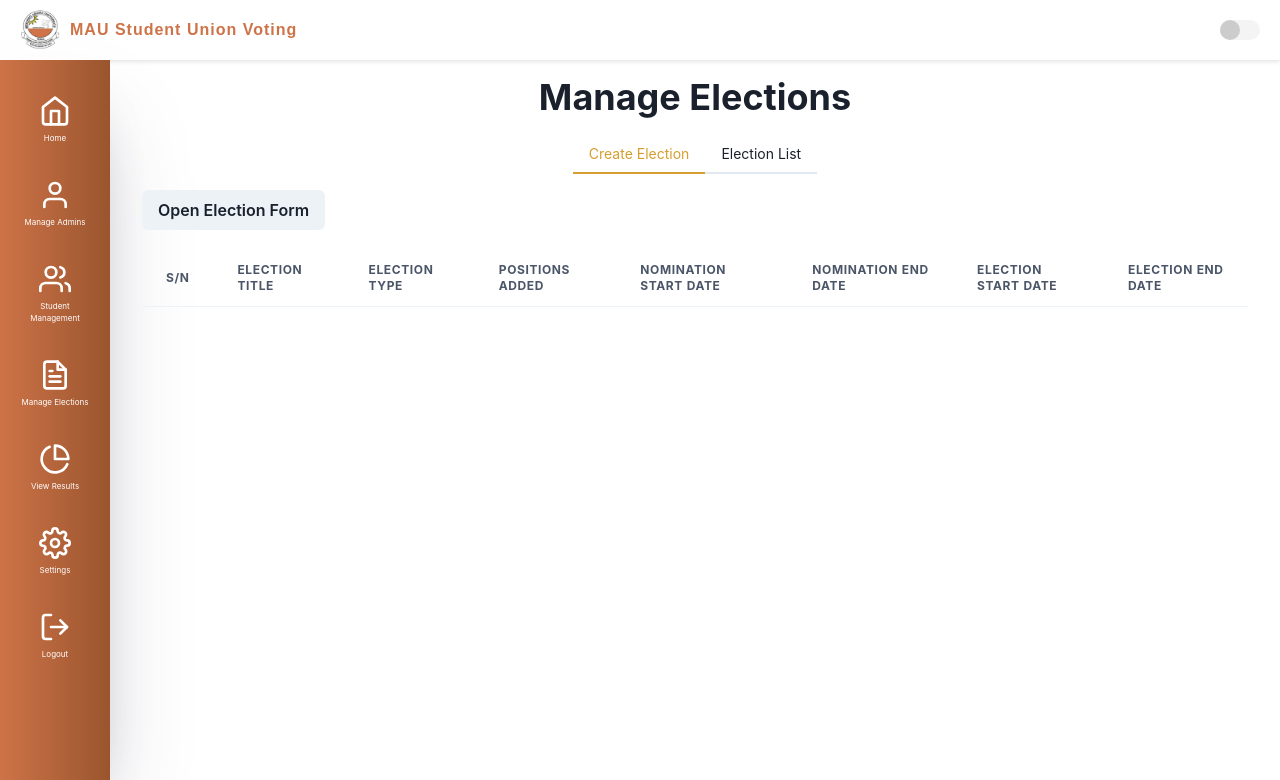
Repository: joena1o/e-vote
Page: /admin-dashboard/manage-elections
An editor plug-in stored every save of this project. The page is shown before and after the next save, followed by the edit.
The browser window is 1280 px wide. The pictures show the whole page.
The project was rebuilt for these pictures with package versions that can differ from the ones it lists, and the page was loaded fresh each time. Also part of the build but not shown: src/components/EnhancedLogin.js, src/components/maincontent/RegisterStudents/ManageStudents.js, src/components/maincontent/RegisterStudents/RegisterStudents.js, src/components/maincontent/RegisterStudents/StudentManagement.js, src/components/maincontent/ElectionResults/ViewResults.js, src/components/maincontent/Settings/Settings.js, src/api/index.js, src/components/maincontent/home/Home.styles.js and 15 more.

Above is the page before, as saved 2023-10-26 15:09:02.

After the next save:
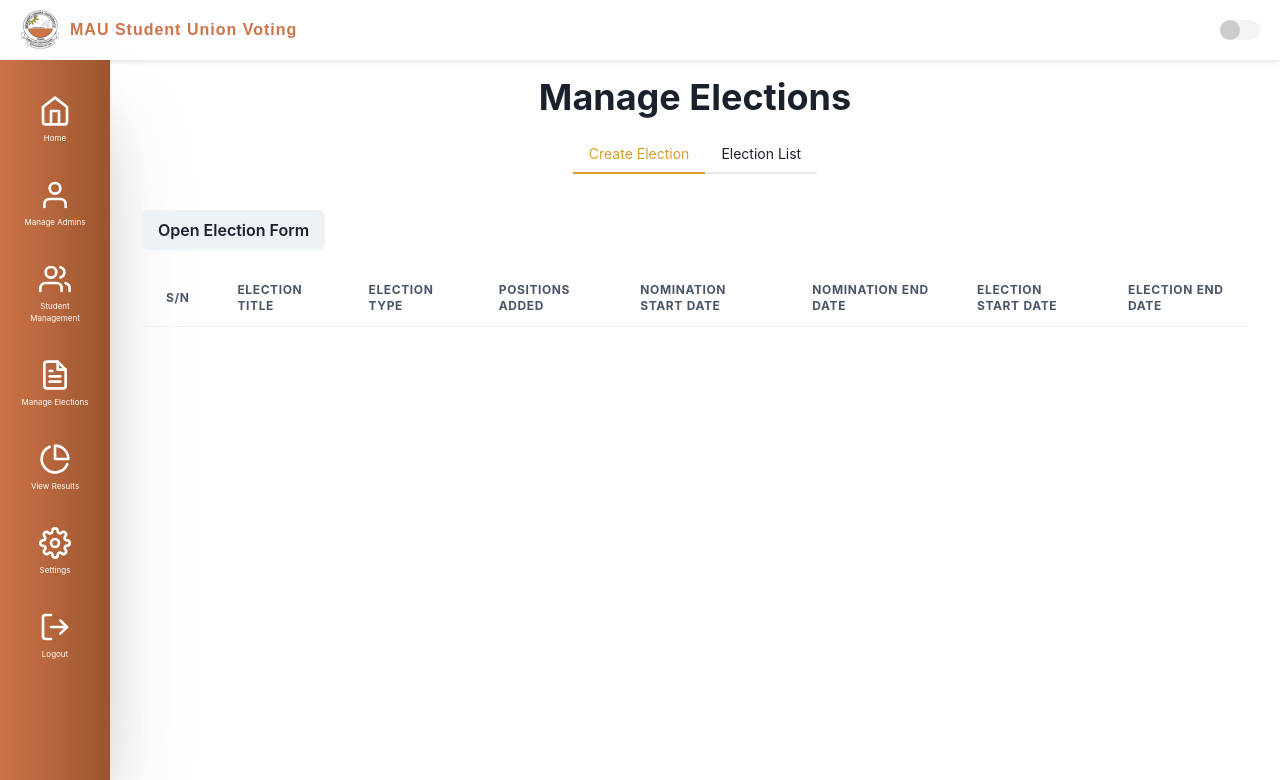
Saved 7 min 6 s later.
--- a/src/components/maincontent/ManageElections/CreateElection.js
+++ b/src/components/maincontent/ManageElections/CreateElection.js
@@ -86,7 +86,9 @@ const CreateElection = () => {
 
   return (
     <>
-      <Button onClick={() => setModalIsOpen(true)}>Open Election Form</Button>
+      <Button onClick={() => setModalIsOpen(true)} mt={5}>
+        Open Election Form
+      </Button>
 
       <Box width="100%" mt={5}>
         <Table variant="simple">
@@ -126,7 +128,7 @@ const CreateElection = () => {
           <ModalCloseButton />
           <ModalBody as="form" onSubmit={formik.handleSubmit}>
             <VStack spacing={4}>
-              <FormControl>
+              <FormControl width="100%">
                 <FormLabel>Election Title:</FormLabel>
                 <Input
                   name="electionTitle"
@@ -138,7 +140,7 @@ const CreateElection = () => {
                 {formik.errors.electionTitle && <Text color="red.500">{formik.errors.electionTitle}</Text>}
               </FormControl>
 
-              <FormControl>
+              <FormControl width="100%">
                 <FormLabel>Election Type:</FormLabel>
                 <Box width="100%">
                   <Select
@@ -157,7 +159,7 @@ const CreateElection = () => {
                 {formik.errors.electionType && <Text color="red.500">{formik.errors.electionType}</Text>}
               </FormControl>
 
-              <FormControl>
+              <FormControl width="100%">
                 <FormLabel>Nomination Start Date:</FormLabel>
                 <Input
                   name="nominationStartDate"
@@ -168,7 +170,7 @@ const CreateElection = () => {
                 {formik.errors.nominationStartDate && <Text color="red.500">{formik.errors.nominationStartDate}</Text>}
               </FormControl>
 
-              <FormControl>
+              <FormControl width="100%">
                 <FormLabel>Nomination End Date:</FormLabel>
                 <Input
                   name="nominationEndDate"
@@ -180,7 +182,7 @@ const CreateElection = () => {
               </FormControl>
 
               {(electionType === 'faculty' || electionType === 'department') && (
-                <FormControl>
+                <FormControl width="100%">
                   <FormLabel>{electionType.charAt(0).toUpperCase() + electionType.slice(1)} Name:</FormLabel>
                   <Input
                     name="name"
@@ -192,32 +194,18 @@ const CreateElection = () => {
                 </FormControl>
               )}
 
-              <Flex justify="space-between">
-                <FormControl>
-                  <FormLabel>Election Start Date:</FormLabel>
-                  <Input
-                    name="startDate"
-                    type="datetime-local"
-                    onChange={formik.handleChange}
-                    value={formik.values.startDate}
-                  />
-                  {formik.errors.startDate && <Text color="red.500">{formik.errors.startDate}</Text>}
-                </FormControl>
-
-                {/* Hide the endDate field to ensure they are the same */}
-                <FormControl display="none">
-                  <FormLabel>Election End Date:</FormLabel>
-                  <Input
-                    name="endDate"
-                    type="datetime-local"
-                    onChange={formik.handleChange}
-                    value={formik.values.startDate}
-                  />
-                  {formik.errors.endDate && <Text color="red.500">{formik.errors.endDate}</Text>}
-                </FormControl>
-              </Flex>
-
-              <FormControl>
+              <FormControl width="100%">
+                <FormLabel>Election Start Date:</FormLabel>
+                <Input
+                  name="startDate"
+                  type="datetime-local"
+                  onChange={formik.handleChange}
+                  value={formik.values.startDate}
+                />
+                {formik.errors.startDate && <Text color="red.500">{formik.errors.startDate}</Text>}
+              </FormControl>
+
+              <FormControl width="100%">
                 <FormLabel>Positions:</FormLabel>
                 <Select
                   isMulti
@@ -237,7 +225,7 @@ const CreateElection = () => {
                 {formik.errors.positions && <Text color="red.500">{formik.errors.positions}</Text>}
               </FormControl>
 
-              <FormControl>
+              <FormControl width="100%">
                 <FormLabel>Committee Members:</FormLabel>
                 <Box width="100%">
                   <Select
